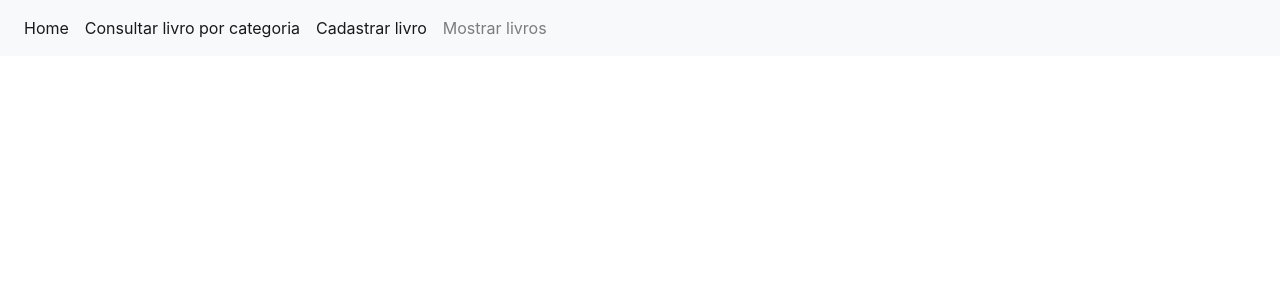
Repository: SrtaVerdant/projeto-livraria
Page: http://localhost/ProjetoLivraria/adicionar.jsp
The author's editor kept a copy of each file at every save. The page is drawn from the files as they stood at one save, then again after the next save.
The browser window is 1280 px wide. The pictures show the whole page.
Some web libraries are served in a nearby version. The page is served by Tomcat 9. Other server files are loaded and not shown.

Above is the page before, as saved 2022-10-30 00:06:21.

### ProjetoLivraria/src/main/webapp/adicionar.jsp
<%@ page language="java" contentType="text/html; charset=UTF-8"
    pageEncoding="UTF-8"%>
<!DOCTYPE html>
<html>
<head>
	<meta charset="UTF-8">
		<title>Adicionar livro</title>
		<link rel="stylesheet" href="https://cdn.jsdelivr.net/npm/bootstrap@4.0.0/dist/css/bootstrap.min.css" integrity="sha384-Gn5384xqQ1aoWXA+058RXPxPg6fy4IWvTNh0E263XmFcJlSAwiGgFAW/dAiS6JXm" crossorigin="anonymous">
		<script src="https://code.jquery.com/jquery-3.2.1.slim.min.js" integrity="sha384-KJ3o2DKtIkvYIK3UENzmM7KCkRr/rE9/Qpg6aAZGJwFDMVNA/GpGFF93hXpG5KkN" crossorigin="anonymous"></script>
		<script src="https://cdn.jsdelivr.net/npm/popper.js@1.12.9/dist/umd/popper.min.js" integrity="sha384-ApNbgh9B+Y1QKtv3Rn7W3mgPxhU9K/ScQsAP7hUibX39j7fakFPskvXusvfa0b4Q" crossorigin="anonymous"></script>
		<script src="https://cdn.jsdelivr.net/npm/bootstrap@4.0.0/dist/js/bootstrap.min.js" integrity="sha384-JZR6Spejh4U02d8jOt6vLEHfe/JQGiRRSQQxSfFWpi1MquVdAyjUar5+76PVCmYl" crossorigin="anonymous"></script>
	</head>
<body>
	<nav class="navbar navbar-expand-lg navbar-light bg-light">
	  <div class="collapse navbar-collapse" id="navbarNav">
	    <ul class="navbar-nav">
	    	<li class="nav-item active">
	        	<a class="nav-link" href="index.jsp">Home <span class="sr-only">(current)</span></a>
	      	</li>
	   		<li class="nav-item active">
	        	<a class="nav-link" href="listaLivroPorCategoria.jsp">Consultar livro por categoria <span class="sr-only">(current)</span></a>
	      	</li>
	      	<li class="nav-item active">
	        	<a class="nav-link" href="#">Cadastrar livro <span class="sr-only">(current)</span></a>
	      	</li>
	      	<li class="nav-item">
	        	<a class="nav-link" href="#">Mostrar livros</a>
	      	</li>
	    </ul>
	  </div>
	</nav>
</body>
</html>

After the next save:
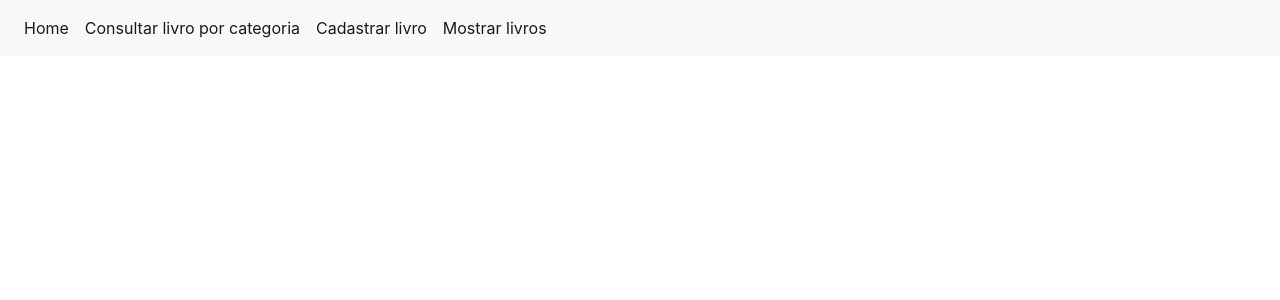
Saved 18 s later.
--- a/ProjetoLivraria/src/main/webapp/adicionar.jsp
+++ b/ProjetoLivraria/src/main/webapp/adicionar.jsp
@@ -23,7 +23,7 @@
 	      	<li class="nav-item active">
 	        	<a class="nav-link" href="#">Cadastrar livro <span class="sr-only">(current)</span></a>
 	      	</li>
-	      	<li class="nav-item">
+	      	<li class="nav-item active">
 	        	<a class="nav-link" href="#">Mostrar livros</a>
 	      	</li>
 	    </ul>
